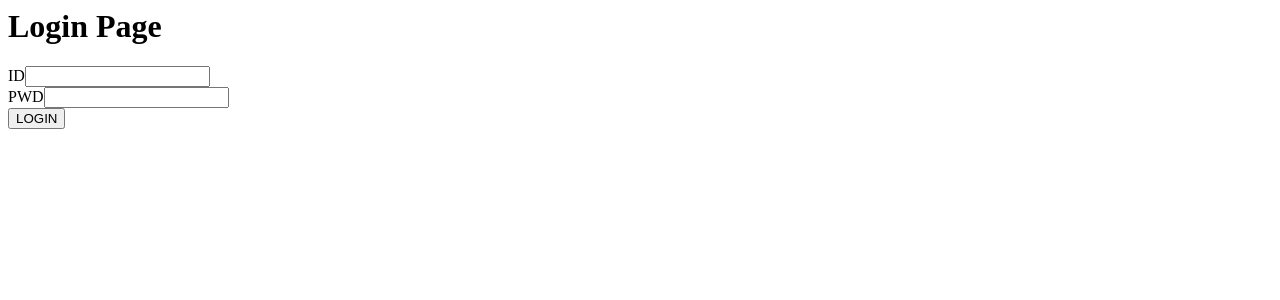
Repository: Jarijam/begin
Page: http://localhost/semi/view/register.jsp
These files come from the project's save history. The page is drawn as it stood at one moment and after the next save; the edit follows.
The browser window is 1280 px wide. The pictures show the whole page.
The page is served by Tomcat 9.

Above is the page before, as saved 2021-11-19 02:06:02.

After the next save:
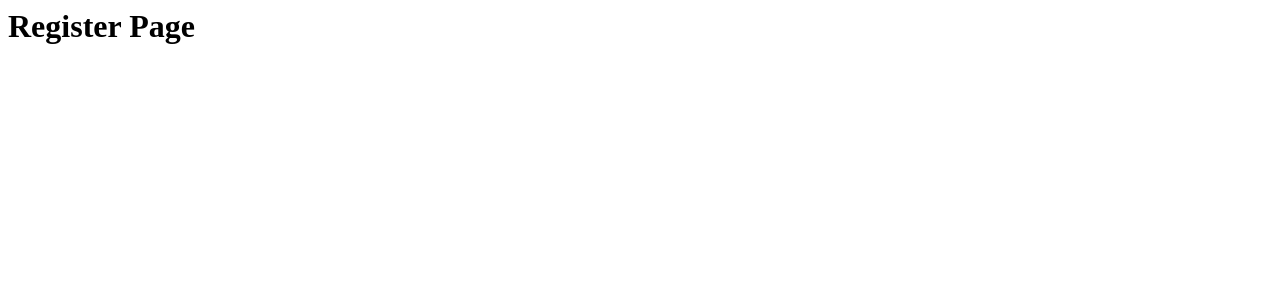
Saved 1 s later.
--- a/semiproject/semi/web/view/register.jsp
+++ b/semiproject/semi/web/view/register.jsp
@@ -1,9 +1,3 @@
 <%@ page language="java" contentType="text/html; charset=UTF-8"
     pageEncoding="UTF-8"%>
-<h1>Login Page</h1>
-<form action="loginimpl.mc" method="post">
-ID<input type="text" name="id"><br>
-PWD<input type="text" name="pwd"><br>
-
-<input type="submit" value="LOGIN"><br>
-</form>
+<h1>Register Page</h1>
